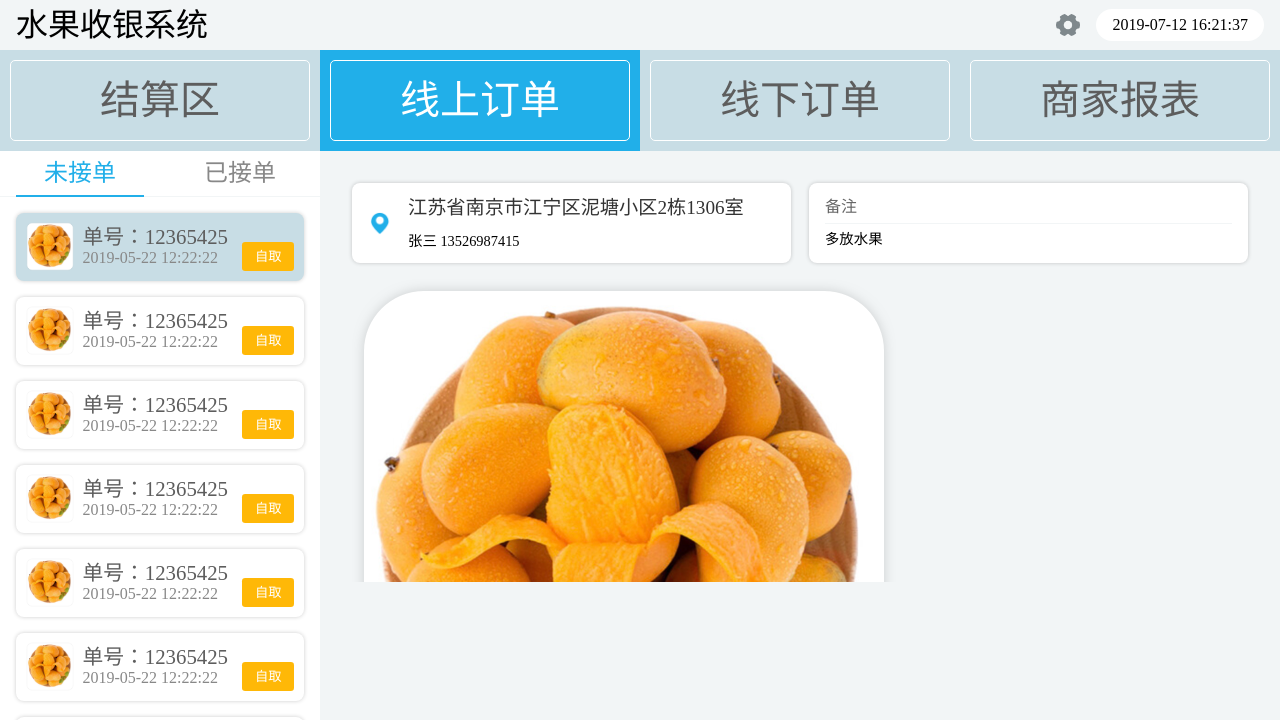
Repository: missing-star/fruit
Page: index.html
An editor plug-in stored every save of this project. The page is shown before and after the next save, followed by the edit.
The browser window is 1280 px wide. The pictures show the whole page.

Above is the page before, as saved 2019-07-12 17:13:47.

After the next save:
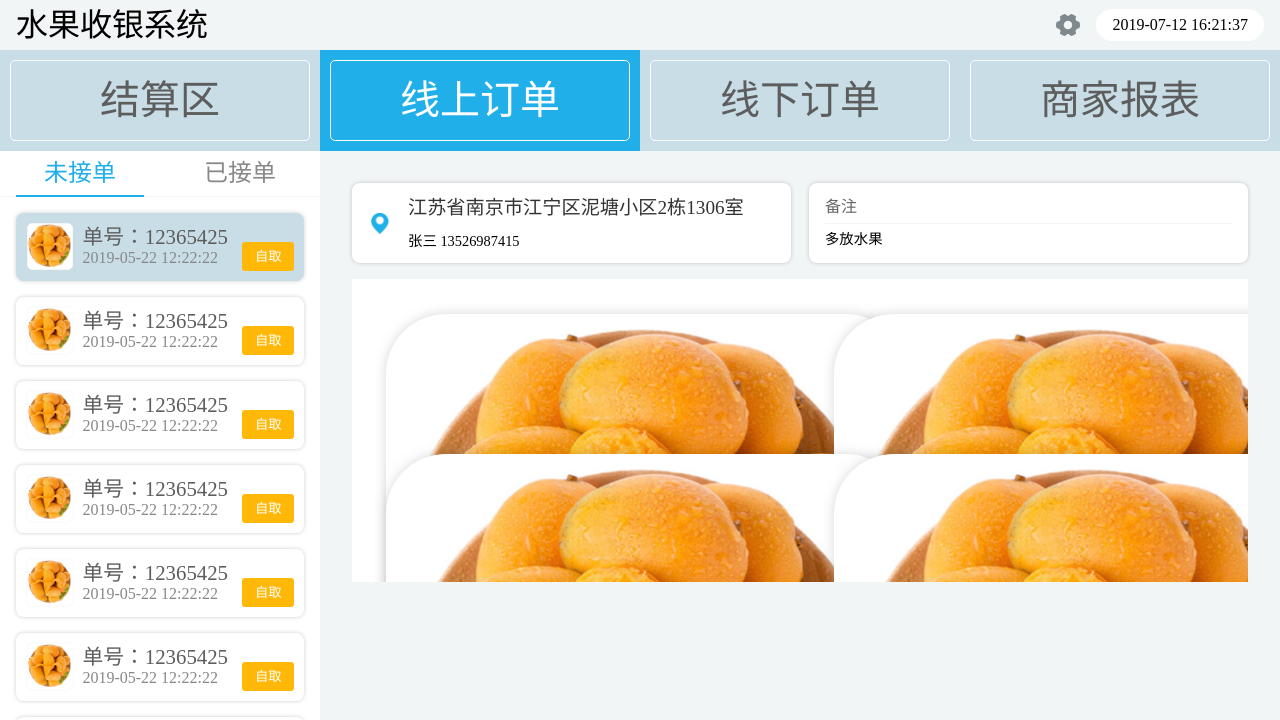
Saved 113 s later.
--- a/css/index.css
+++ b/css/index.css
@@ -456,4 +456,10 @@ ul.order-detail-goods-list-wrapper {
     margin-top: 1rem;
     display: flex;
     flex-wrap: wrap;
-}
+    background: #FFFFFF;
+}
+li.order-detail-goods-item {
+    width: 45%;
+    margin: 2.5%;
+    height: 6rem;
+}
